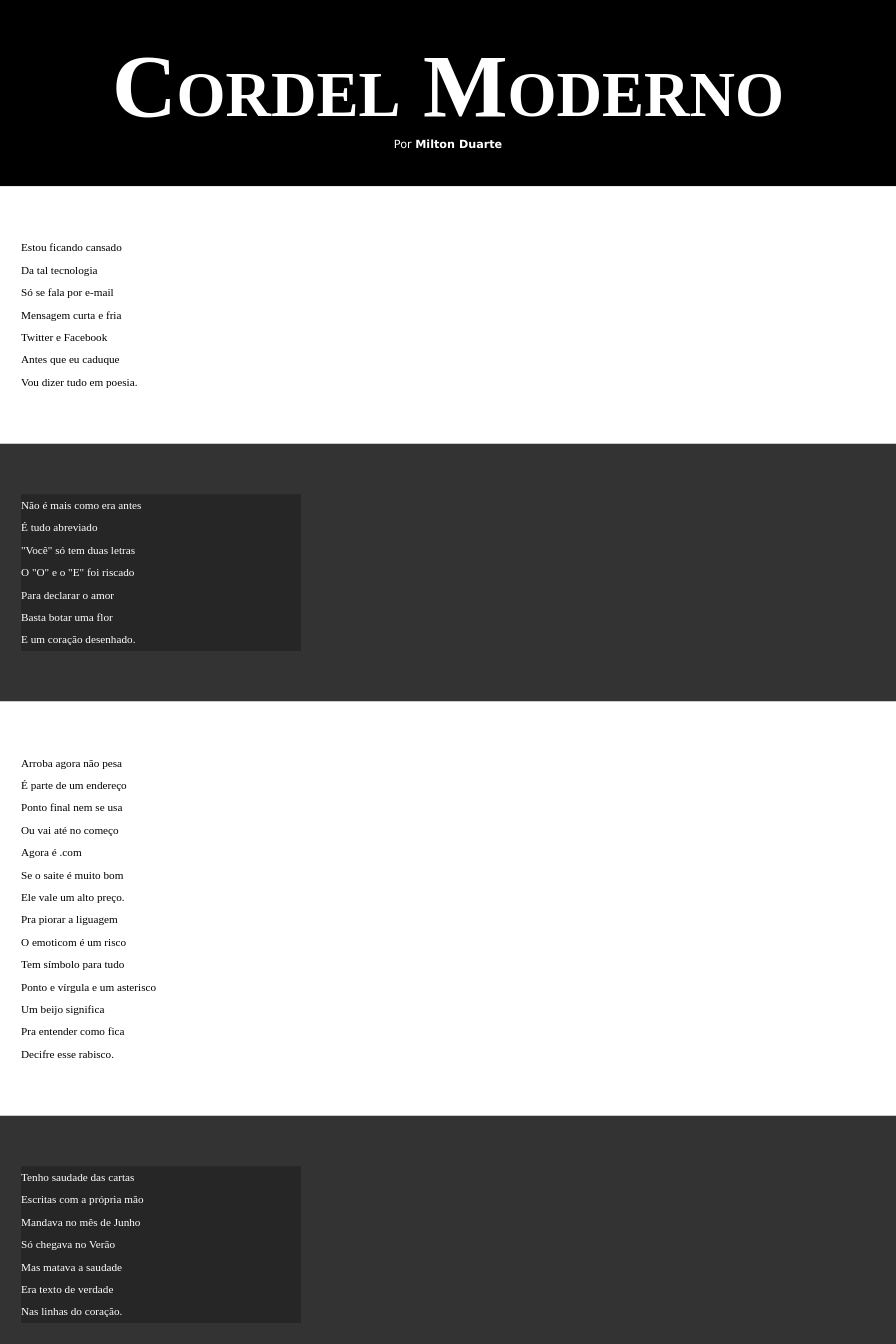
Repository: gustavotwist/projeto-cordel
Page: index.html
These files come from the project's save history. The page is drawn as it stood at one moment and after the next save; the edit follows.
The browser window is 1280 px wide. The pictures show the part of the page from y = 0 to 1920 px (the page is 2595 px tall before and 10115 px after), at 70% of full size.
Some web fonts or font styles are not loaded; a fallback is used.

Above is the page before, as saved 2024-04-23 21:57:53.

### index.html
<!DOCTYPE html>
<html lang="pt-br">
<head>
    <meta charset="UTF-8">
    <meta name="viewport" content="width=device-width, initial-scale=1.0">
    <title>Cordel Moderno</title>
    <link rel="stylesheet" href="estilo/style.css">
</head>
<body>
    <header>
        <h1>
            Cordel Moderno
        </h1>
        <p>
            Por <a href="https://www.recantodasletras.com.br/poesias/3186743" target="_blank">Milton Duarte</a>
        </p>
    </header>

    <section class="normal">
        <p>
            Estou ficando cansado <br>
            Da tal tecnologia <br>
            Só se fala por e-mail <br>
            Mensagem curta e fria <br>
            Twitter e Facebook <br>
            Antes que eu caduque <br>
            Vou dizer tudo em poesia.
        </p>
    </section>

    <section class="imagem">
        <p>
            Não é mais como era antes <br>
            É tudo abreviado <br>
            "Você" só tem duas letras <br>
            O "O" e o "E" foi riscado <br>
            Para declarar o amor <br>
            Basta botar uma flor <br>
            E um coração desenhado.
        </p>
    </section>

    <section class="normal">
        <p>
            Arroba agora não pesa <br>
            É parte de um endereço <br>
            Ponto final nem se usa <br>
            Ou vai até no começo <br>
            Agora é .com <br>
            Se o saite é muito bom <br>
            Ele vale um alto preço. <br>
        </p>

        <p>
            Pra piorar a liguagem <br>
            O emoticom é um risco <br>
            Tem símbolo para tudo <br>
            Ponto e vírgula e um asterisco <br>
            Um beijo significa <br>
            Pra entender como fica <br>
            Decifre esse rabisco.
        </p>
    </section>

    <section class="imagem">
        <p>
            Tenho saudade das cartas <br>
            Escritas com a própria mão <br>
            Mandava no mês de Junho <br>
            Só chegava no Verão <br>
            Mas matava a saudade <br>
            Era texto de verdade <br>
            Nas linhas do coração.
        </p>
    </section>

    <section class="normal">
        <p>
            Agora, escrevo e envio <br>
            Chegando na mesma hora <br>
            Mas quando vou prosear <br>
            A pessoa foi embora <br>
            Abriu outro aplicativo <br>
            O mundo ficou cativo <br>
            Da tecnologia do agora.
        </p>


        <p>
            Felizmente, pra orar <br>
            Não precisa de internet <br>
            Deus escuta todo mundo <br>
            Se quiser, faça esse teste <br>
            Dois pontos são dois joelhos <br>
            Seus lábios são aparelhos <br>
            Deixe que Deus interprete.
        </p>
    </section>

    <footer>
        <p>Site criado por <a href="https://github.com/gustavotwist" target="_blank">Gustavo Twist</a> com o <a href="https://www.cursoemvideo.com" target="_blank">CursoemVideo</a></p>
    </footer>
</body>
</html>

### estilo/style.css
@charset "UTF-8";

@import url('https://fonts.googleapis.com/css2?family=Passion+One:wght@400;700;900&display=swap');

@import url('https://fonts.googleapis.com/css2?family=Sriracha&display=swap');


:root {
    --fonte1: Verdana, Geneva, Tahoma, sans-serif;
    --fonte2: 'Passion One', cursive;
    --fonte3: 'Sriracha', cursive;
}

* {
    margin: 0px;
    padding: 0px;
    font-size: 1em;
}

html, body {
    min-height: 100vh;
    background-color: darkgray;
    font-family: var(--fonte1);
}

header {
    background-color: black;
    color: white;
    text-align: center;
}

header > h1 {
    padding-top: 50px;
    font-variant: small-caps;
    font-family: var(--fonte2);
    font-size: 10vw;
}

header > p {
    padding-bottom: 50px;
}

header a, footer a {
    color: white;
    text-decoration: none;
    font-weight: bolder;
}

header a:hover, footer a:hover {
    text-decoration: underline;
}

section {
    padding-top: 10vh;
    padding-bottom: 10vh;
    line-height: 2em;
    padding-left: 30px;
    font-family: var(--fonte3);
    font-size: 2e;
}

section.normal {
    background-color: white;
    color: black;
}

section.imagem {
    background-color: rgb(51, 51, 51);
    color: white;
}

section.imagem > p {
    width: 400px;
    background-color: rgb(0, 0, 0, 0.253);

}

footer {
    background-color: black;
    color: white;
    text-align: center;
    padding: 10px;
}

After the next save:
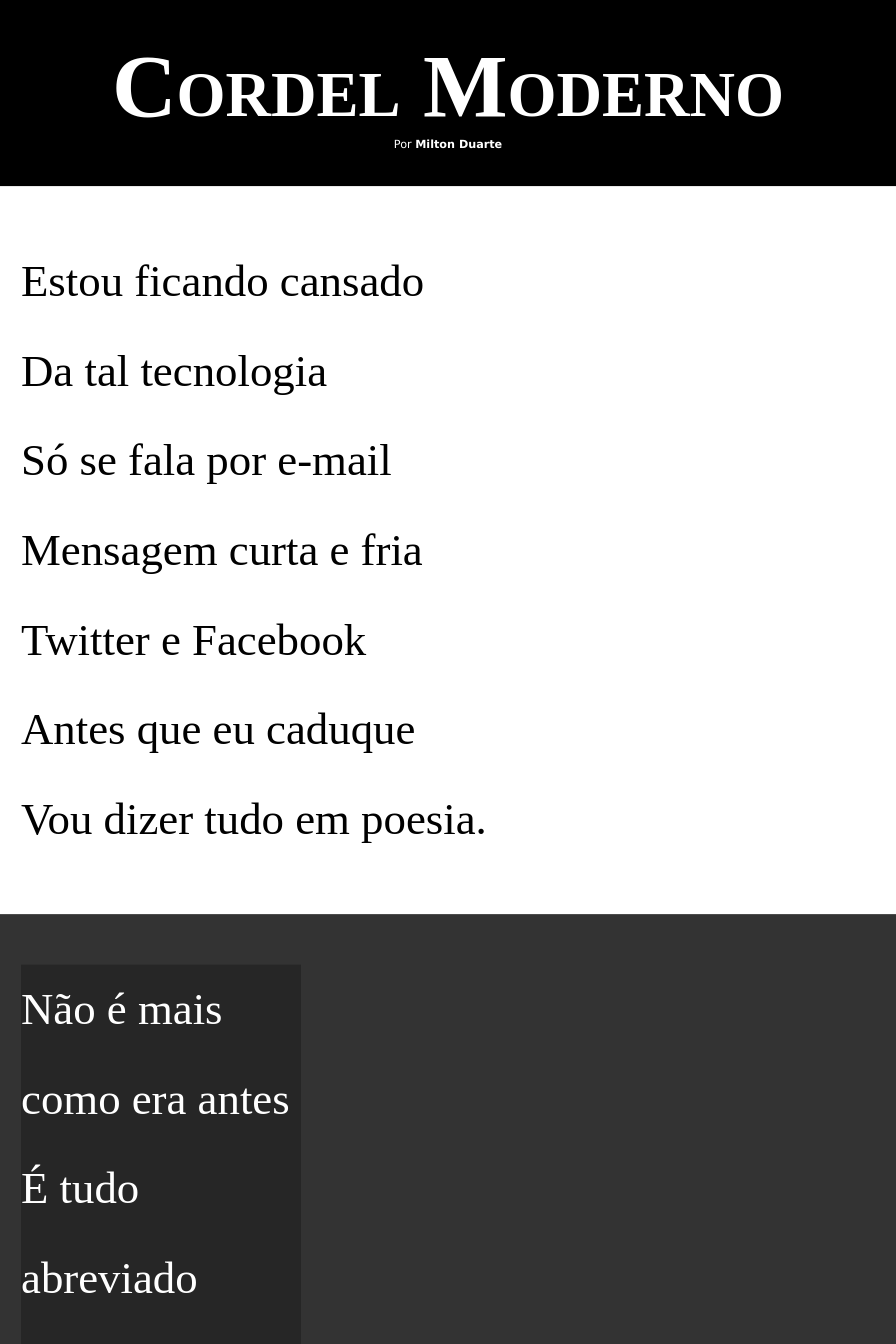
Saved 5 s later.
--- a/estilo/style.css
+++ b/estilo/style.css
@@ -56,7 +56,7 @@ section {
     line-height: 2em;
     padding-left: 30px;
     font-family: var(--fonte3);
-    font-size: 2e;
+    font-size: 5vw;
 }
 
 section.normal {
